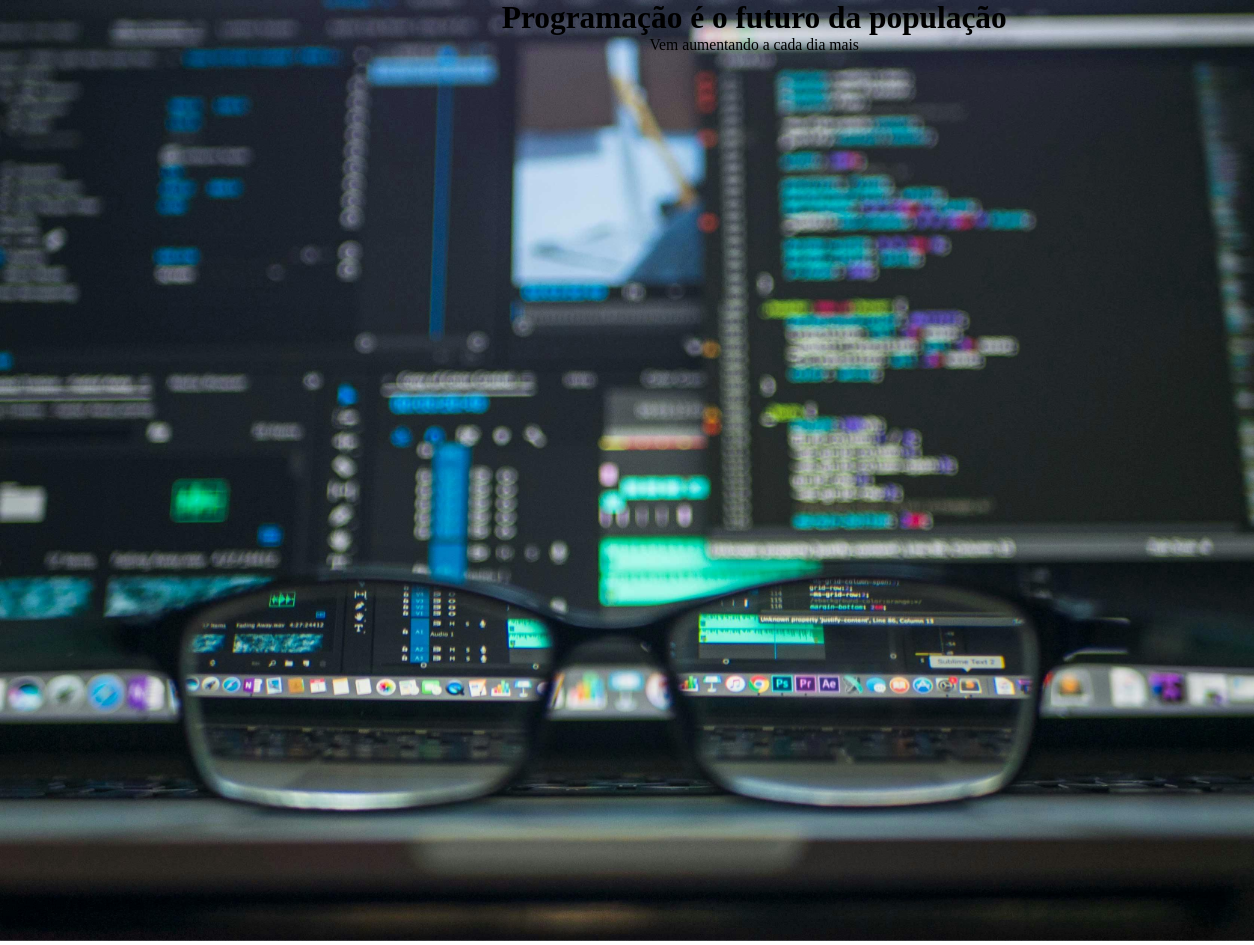
Repository: Caiquedev123/Sites
Page: index.html
These files come from the project's save history. The page is drawn as it stood at one moment and after a run of saves; the edit follows.
The browser window is 1280 px wide. The pictures show the whole page, at 98% of full size.

Above is the page before, as saved 2024-07-22 14:22:15.

### index.html
<!DOCTYPE html>
<html lang="en">
<head>
    <meta charset="UTF-8">
    <meta name="viewport" content="width=device-width, initial-scale=1.0">
    <title>Projeto</title>
    <link rel="stylesheet" href="style.css">
    <link rel="stylesheet" href="./reset.css">
</head>
<body>
    <div class="container">
        <h1>Programação é o futuro da população</h1>
        <p>Vem aumentando a cada dia mais</p>
    </div>
    <section class="imagens">
        <img src="./imagem/Progrmação.jpg" alt="programação">
    </section>
</body>
</html>

### style.css
body{background-color: rgb(255, 255, 255);}

.container{
    position: absolute;
    z-index: 1;
    text-align: center;
    left: 40%;
}

img{
    width: 100%;
    object-fit: cover;
    position: relative;
}

Loaded but not shown: reset.css (common file)

After the next 3 saves:
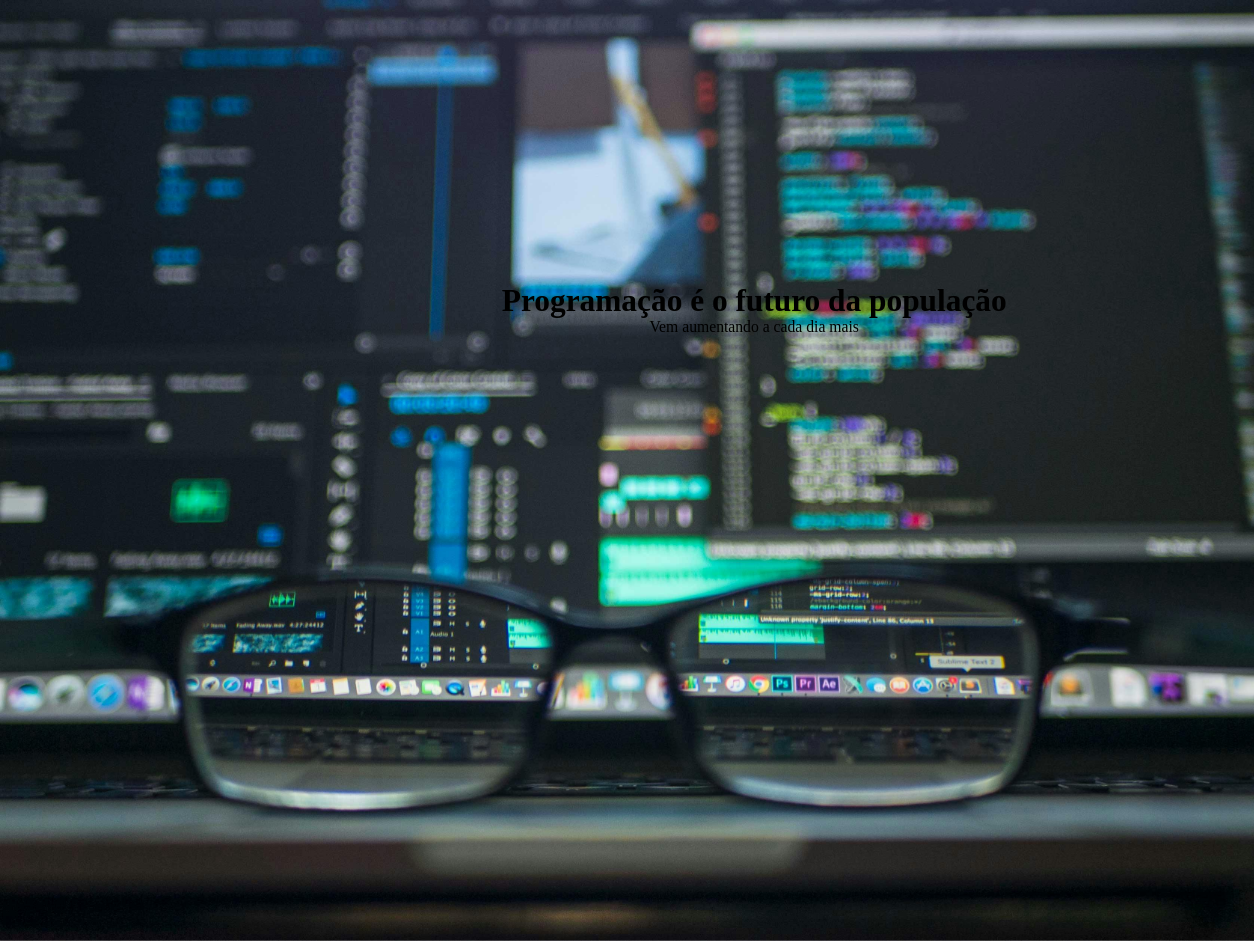
The 3 saves are shown as one change because they came seconds apart.
The last was saved 9 s later.
--- a/style.css
+++ b/style.css
@@ -5,6 +5,7 @@
     z-index: 1;
     text-align: center;
     left: 40%;
+    top: 40%;
 }
 
 img{
